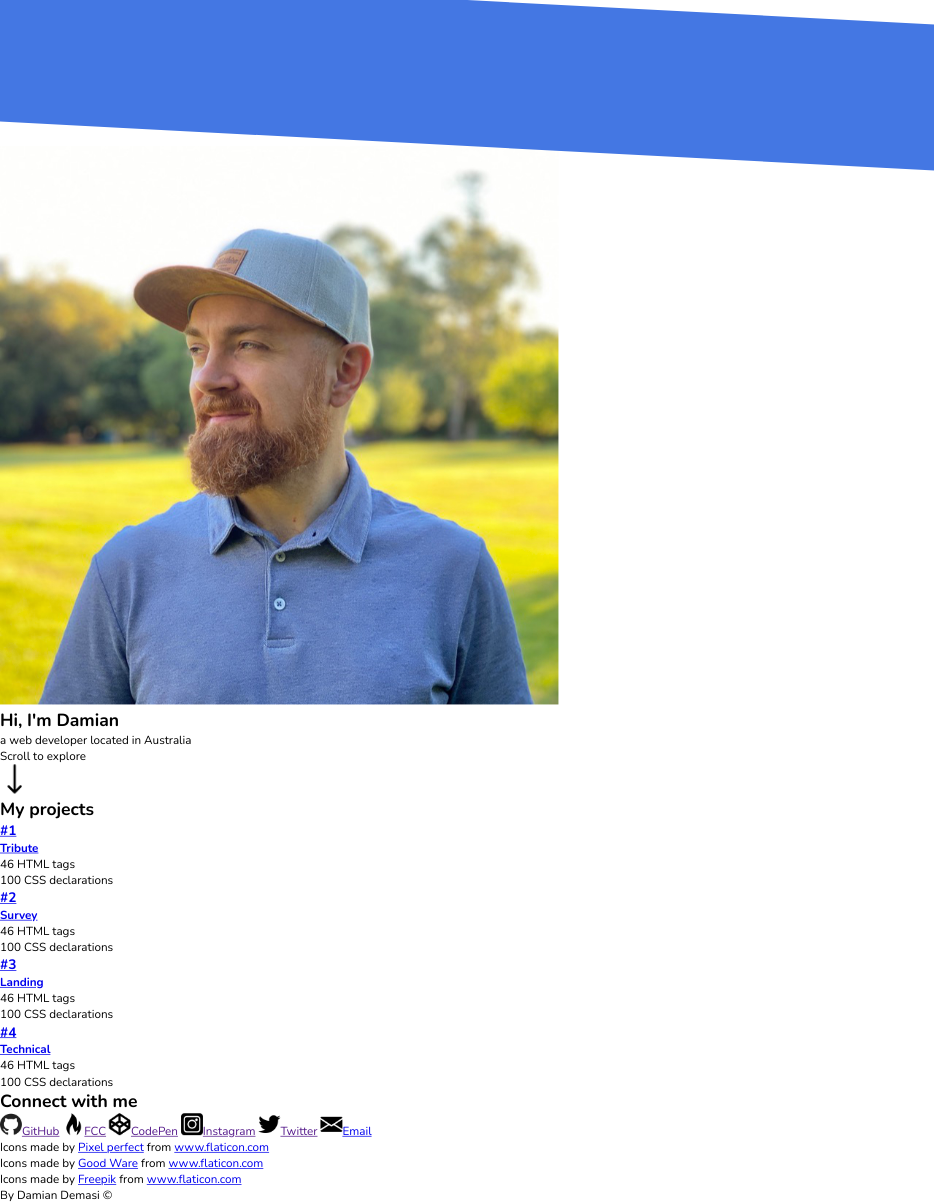
Repository: Colo-Codes/freecodecamp-05-Personal-Portfolio-Webpage
Page: index.html
An editor plug-in stored every save of this project. The page is shown before and after the next save, followed by the edit.
The browser window is 1280 px wide. The pictures show the whole page, at 73% of full size.

Above is the page before, as saved 2021-06-03 11:03:40.

After the next save:
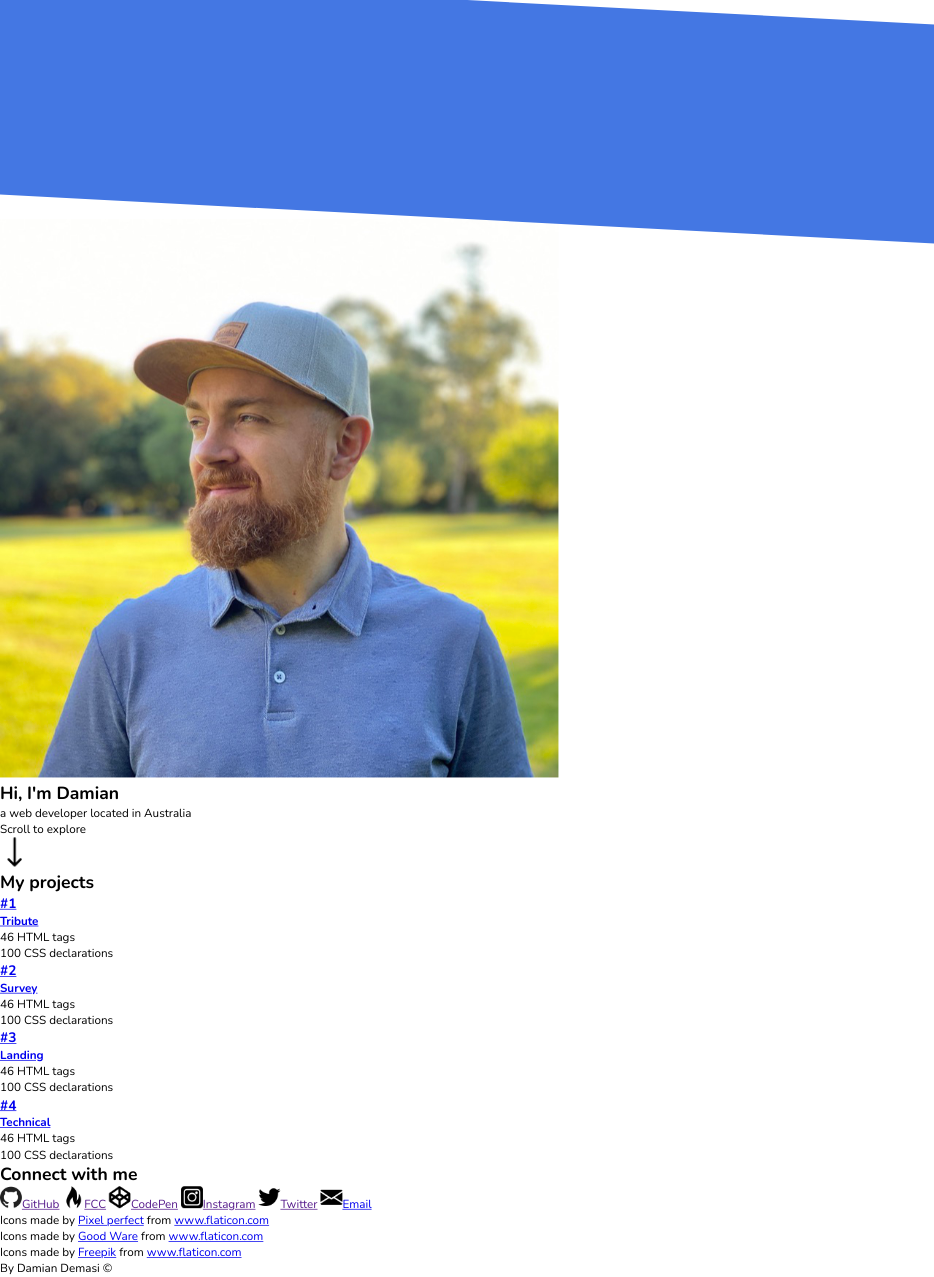
Saved 60 s later.
--- a/css/index.css
+++ b/css/index.css
@@ -28,7 +28,8 @@ body {
 #navbar-flex-container {
     display: flex;
     background-color: #4477E3;
-    height: 200px;
+    /* 1rem = 16px -> 18.75rem = 300px */
+    height: 18.75rem;
     width: 100%;
     transform: skewY(3deg);
 }
